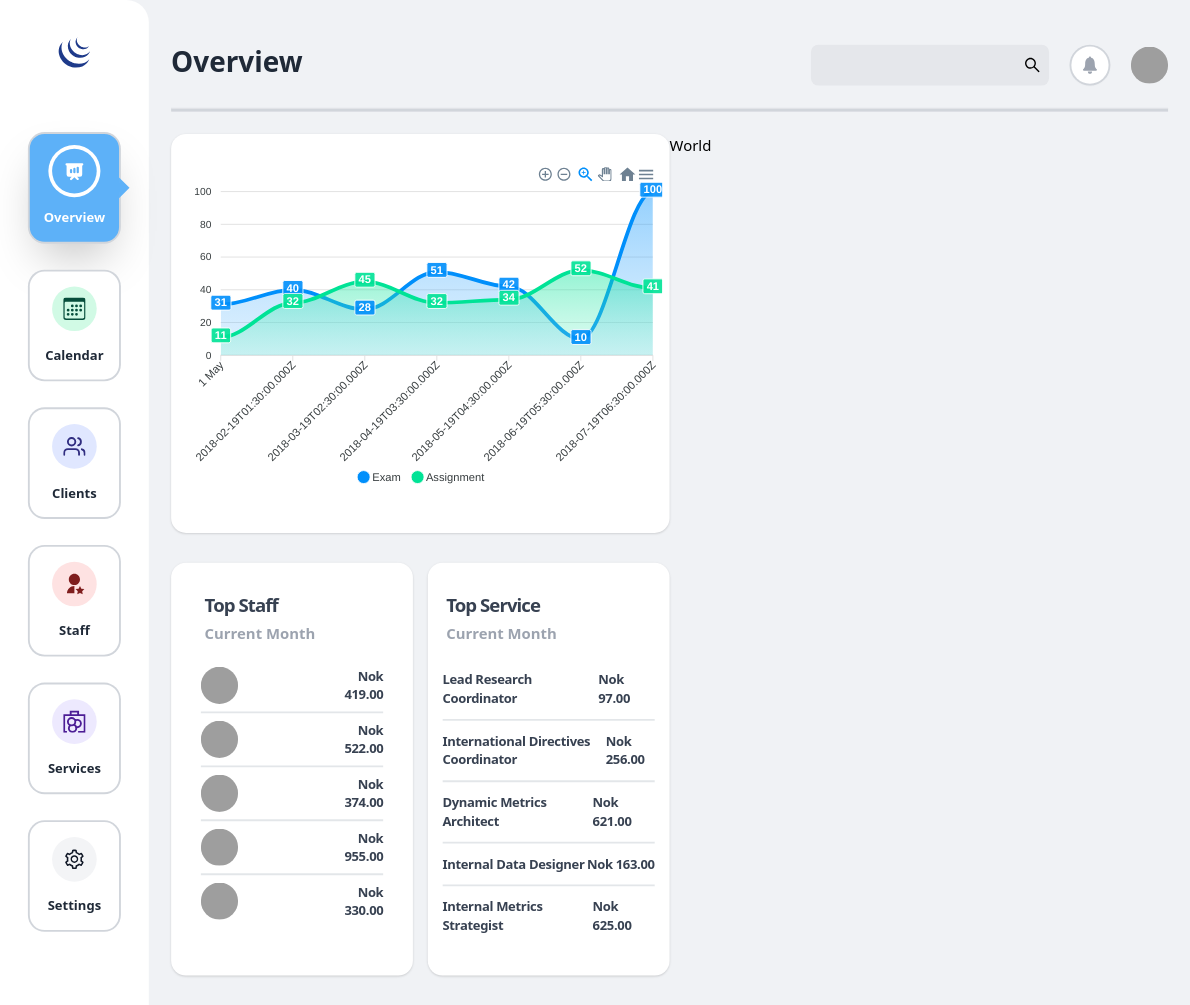
Repository: coolronts/dashboard
Page: /
The author's editor kept a copy of each file at every save. The page is drawn from the files as they stood at one save, then again after the next save.
The browser window is 1280 px wide. The pictures show the whole page, at 93% of full size.
Pictures or frames that could not be fetched are drawn as grey boxes. The project was rebuilt for these pictures with package versions that can differ from the ones it lists, and the page was loaded fresh each time. Also part of the build but not shown: craco.config.js.

Above is the page before, as saved 2021-11-28 03:28:23.

After the next save:
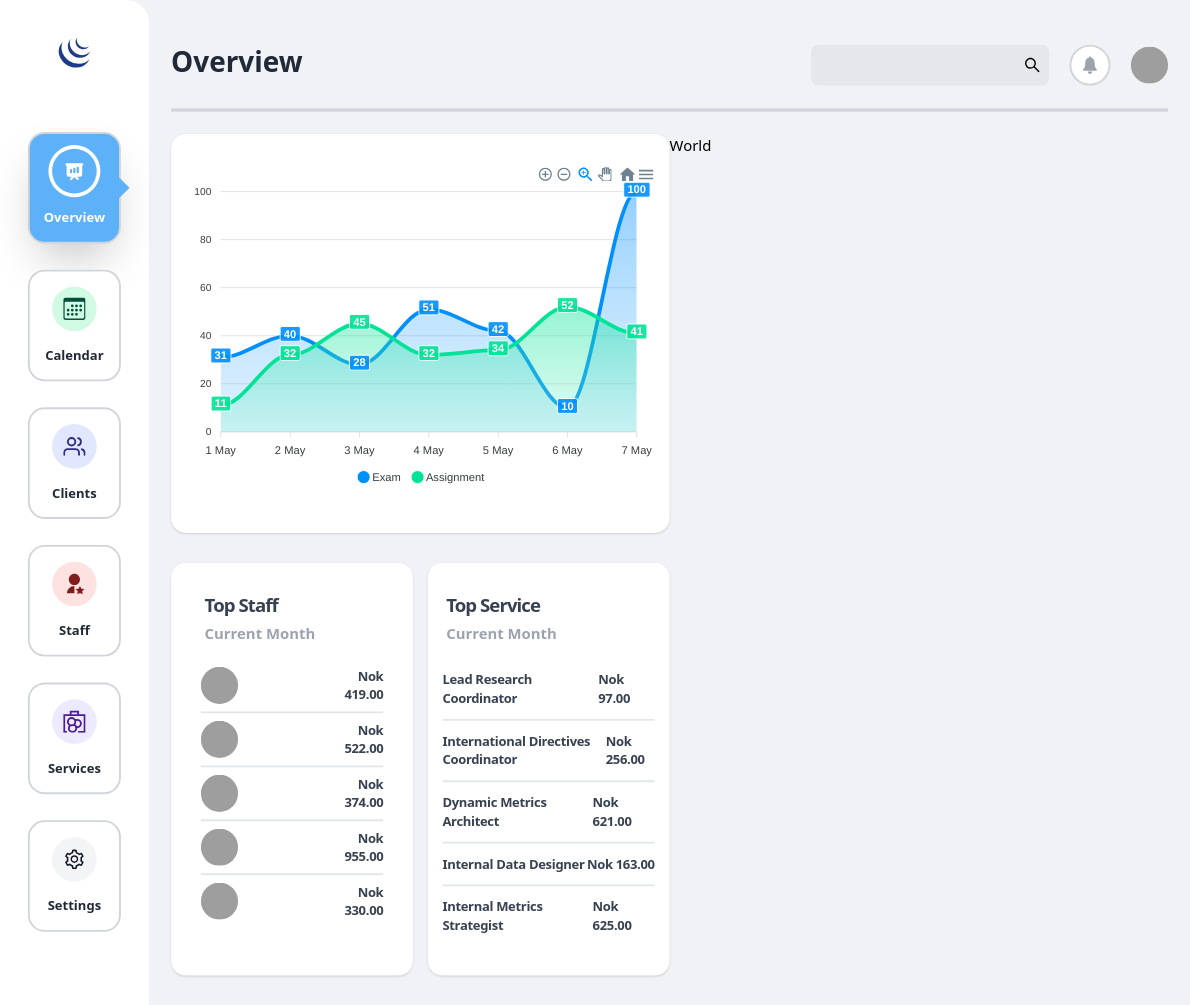
Saved 76 s later.
--- a/src/Components/Charts/MultiLine/index.tsx
+++ b/src/Components/Charts/MultiLine/index.tsx
@@ -19,7 +19,7 @@ const options = {
     labels: {
         format: 'MMM',
       },
-      categories: ["1 May", "2018-02-19T01:30:00.000Z", "2018-03-19T02:30:00.000Z", "2018-04-19T03:30:00.000Z", "2018-05-19T04:30:00.000Z", "2018-06-19T05:30:00.000Z", "2018-07-19T06:30:00.000Z"]
+      categories: ["1 May", "2 May", "3 May","4 May","5 May","6 May","7 May"]
 
   }
 }
